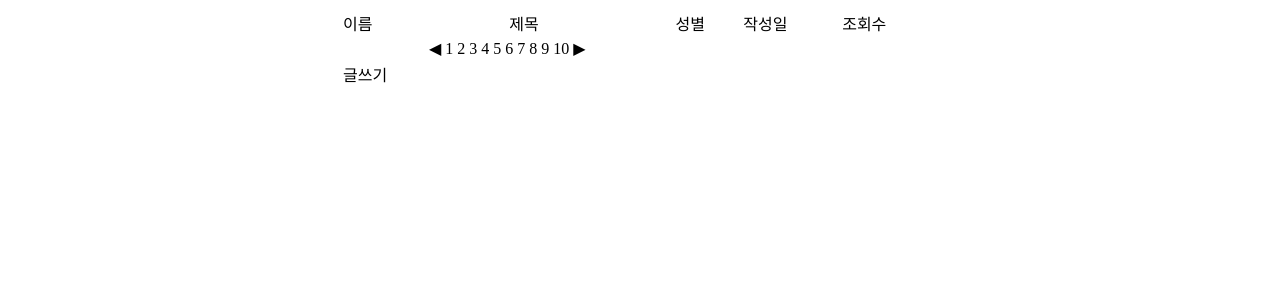
Repository: Billy-Jin/jsp
Page: http://localhost/dat/list.jsp
An editor plug-in stored every save of this project. The page is shown before and after the next save, followed by the edit.
The browser window is 1280 px wide. The pictures show the whole page.
The page is served by Tomcat 9. Queries for data that is not in the repository find no rows.

Above is the page before, as saved 2020-12-02 07:34:15.

After the next save:
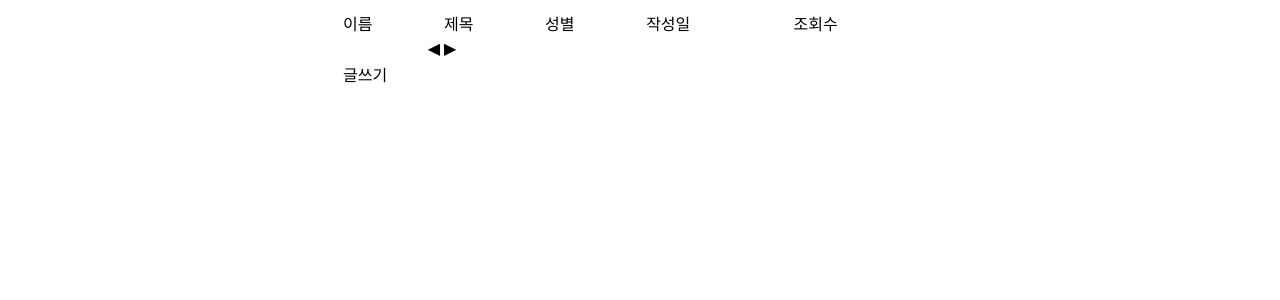
Saved 2 min 7 s later.
--- a/jsp/dat/WebContent/list.jsp
+++ b/jsp/dat/WebContent/list.jsp
@@ -103,6 +103,9 @@ a:hover{
 	  	 	pstart=Integer.parseInt(pstart+"1");
 
 	  	 	int pend=pstart+9;
+
+	  	 	if(page_cnt < pend)
+	  	 		pend=page_cnt;
 			%>
 	  	 	<!-- 이전페이지 -->
 	  	 	<!-- 현재페이지 기준 1페이지 이전 -->
